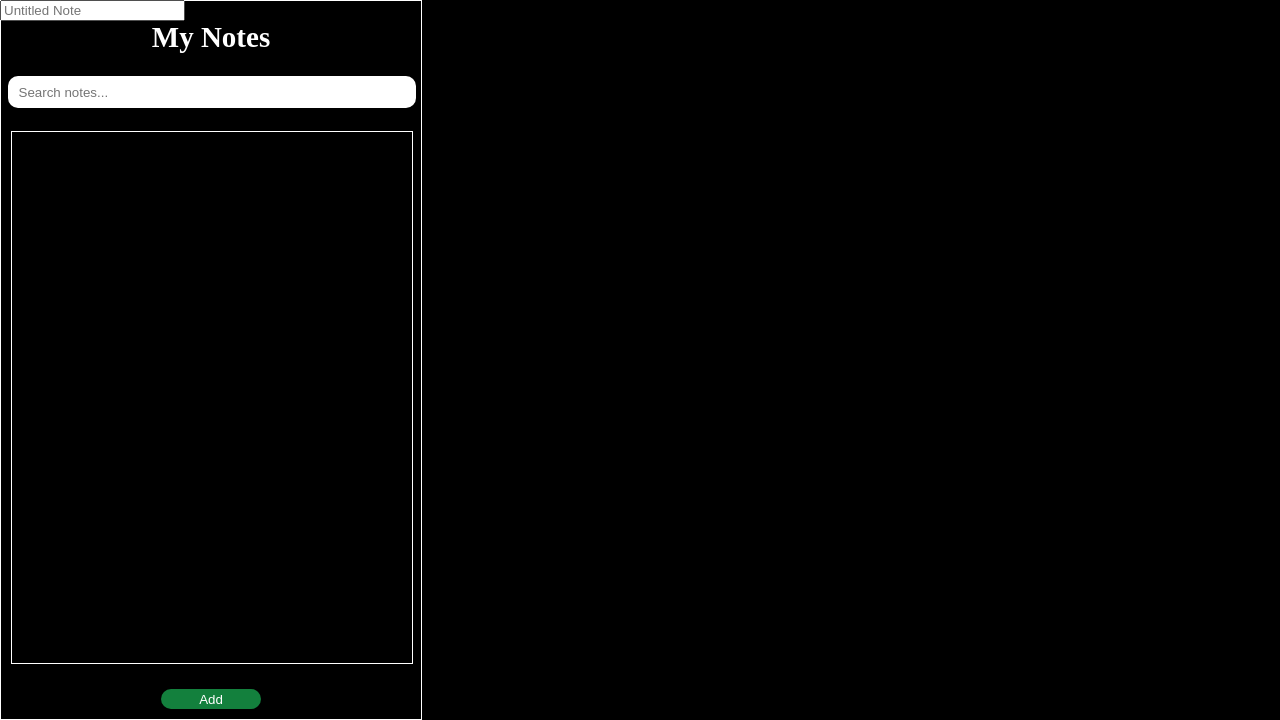
Repository: dmpelaez/myNotes
Page: QuickNotes.html
An editor plug-in stored every save of this project. The page is shown before and after a run of saves, followed by the edit.
The browser window is 1280 px wide. The pictures show the whole page.

Above is the page before, as saved 2025-12-18 21:02:07.

After the next 2 saves:
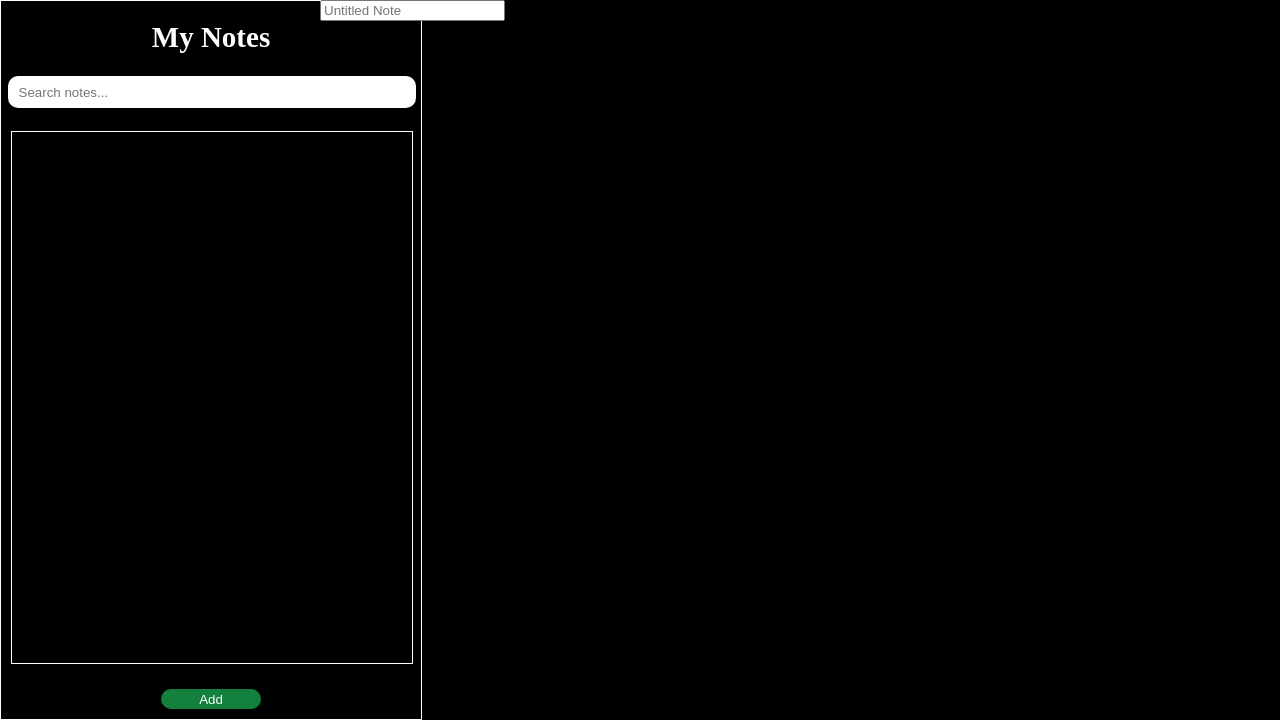
The 2 saves are shown as one change because they came seconds apart.
The last was saved 32 s later.
--- a/QuickNotes.css
+++ b/QuickNotes.css
@@ -75,4 +75,5 @@ body {
 
 .main-section {
   position: fixed;
+  left: 25%;
 }
